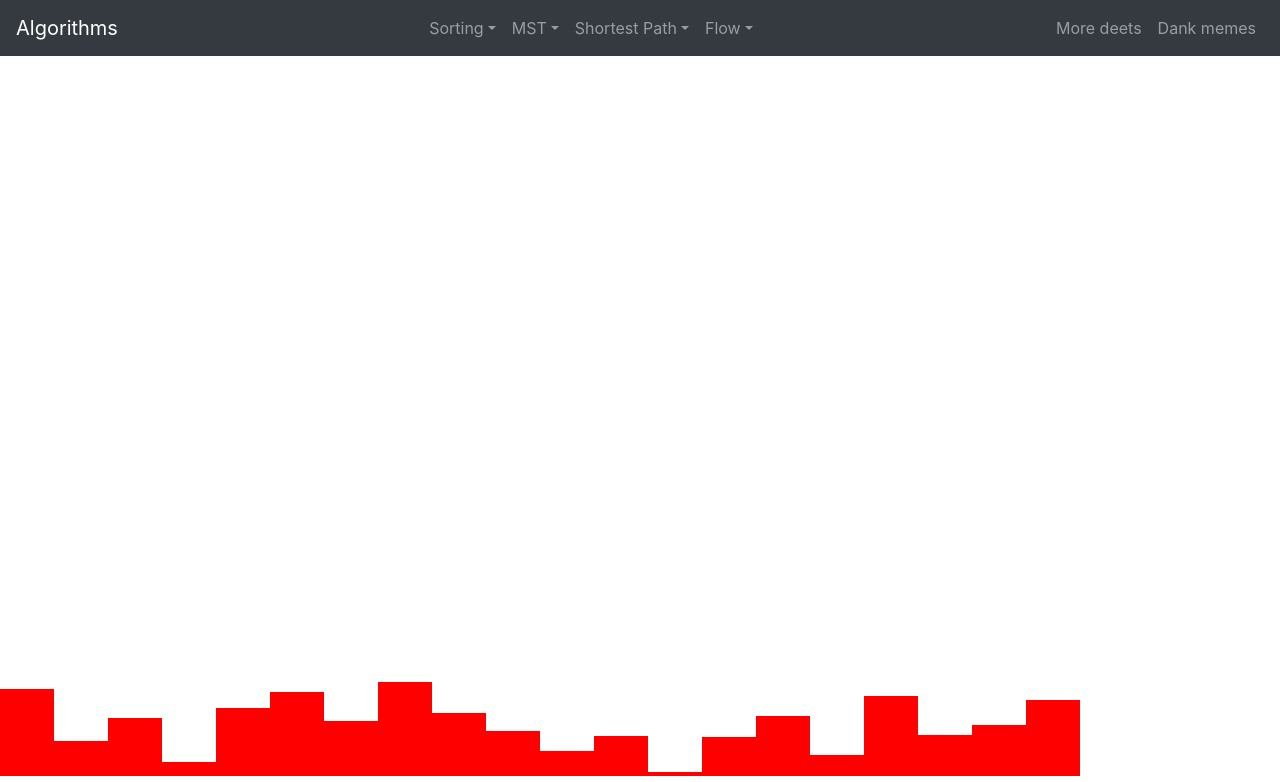
Repository: dkasima1/Algorithm-Visualizations
Page: /
An editor plug-in stored every save of this project. The page is shown before and after the next save, followed by the edit.
The browser window is 1280 px wide. The pictures show the whole page.
The project was rebuilt for these pictures with package versions that can differ from the ones it lists, and the page was loaded fresh each time. Also part of the build but not shown: src/components/Sorting/Bubble_Sort.js.

Above is the page before, as saved 2020-06-29 23:26:29.

After the next save:
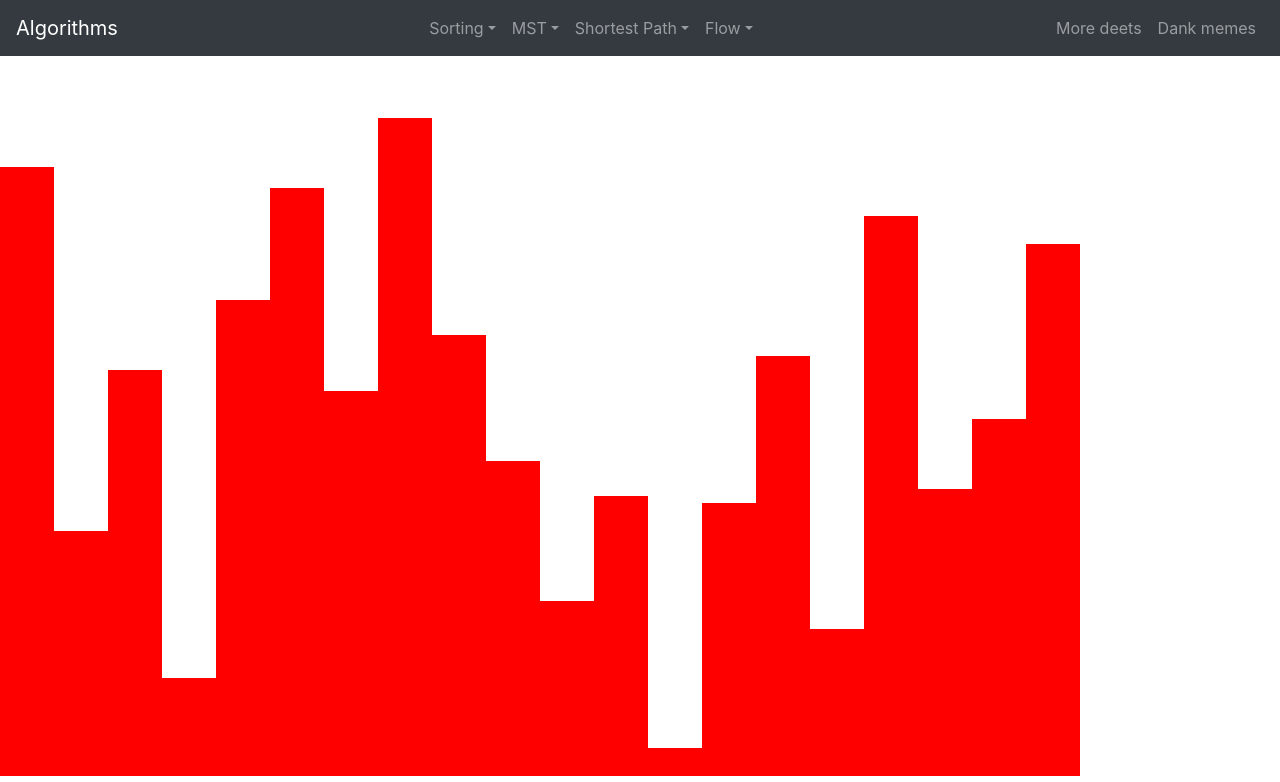
Saved 29 s later.
--- a/src/components/Graph/BarGraph.js
+++ b/src/components/Graph/BarGraph.js
@@ -30,8 +30,8 @@ class Canvas extends React.Component {
         ctx.fillStyle = "red";
 
         for (let i = 0; i < arr.length; i++) {
-            let height = arr[i];
-            ctx.fillRect(posX, canvas.height - height, width, height * 70);
+            let height = arr[i] * 7;
+            ctx.fillRect(posX, canvas.height - height, width, height);
             posX += 54;
         }
 
